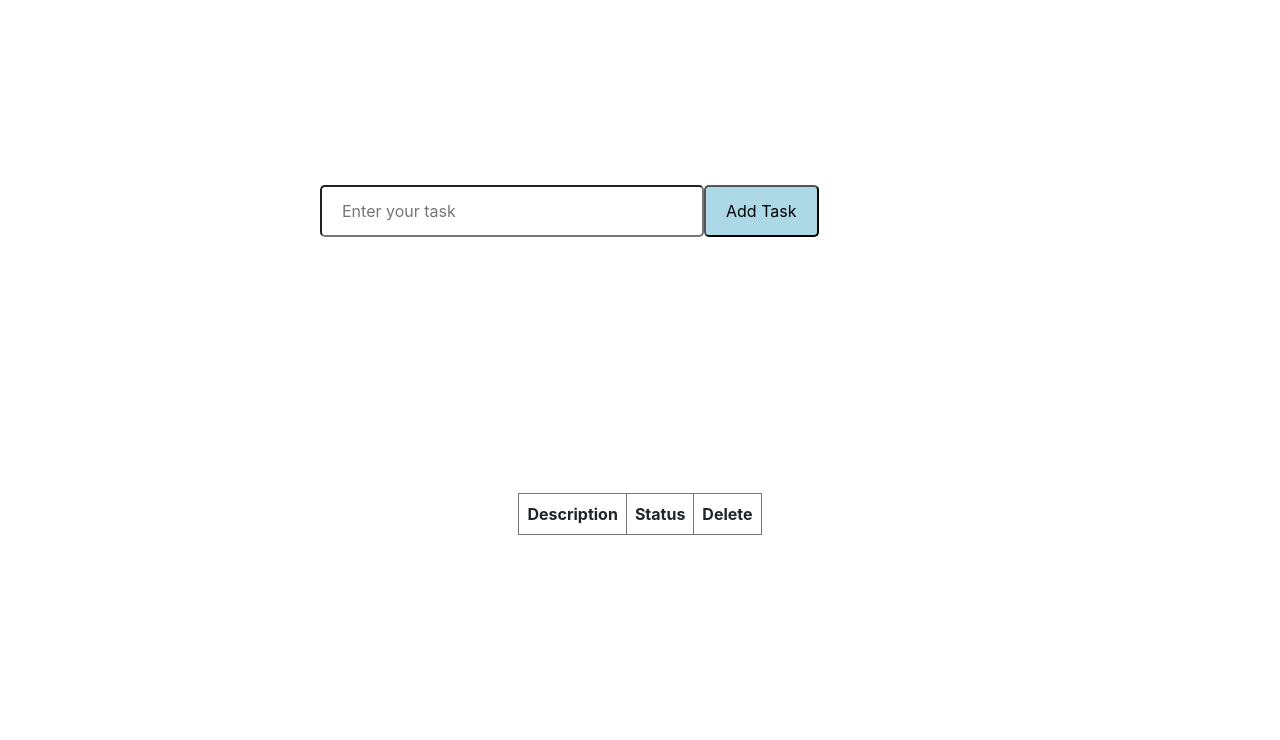
Repository: 12Arc/todoapp
Page: / (app in client/)
These files come from the project's save history. The page is drawn as it stood at one moment and after the next save; the edit follows.
The browser window is 1280 px wide. The pictures show the whole page.
The page's requests for data from a server got no answer. Some web libraries are served in a nearby version. The project was rebuilt for these pictures with package versions that can differ from the ones it lists, and the page was loaded fresh each time. No one was signed in, and anything a server would have sent is missing.

Above is the page before, as saved 2024-05-14 00:10:22.

After the next save:
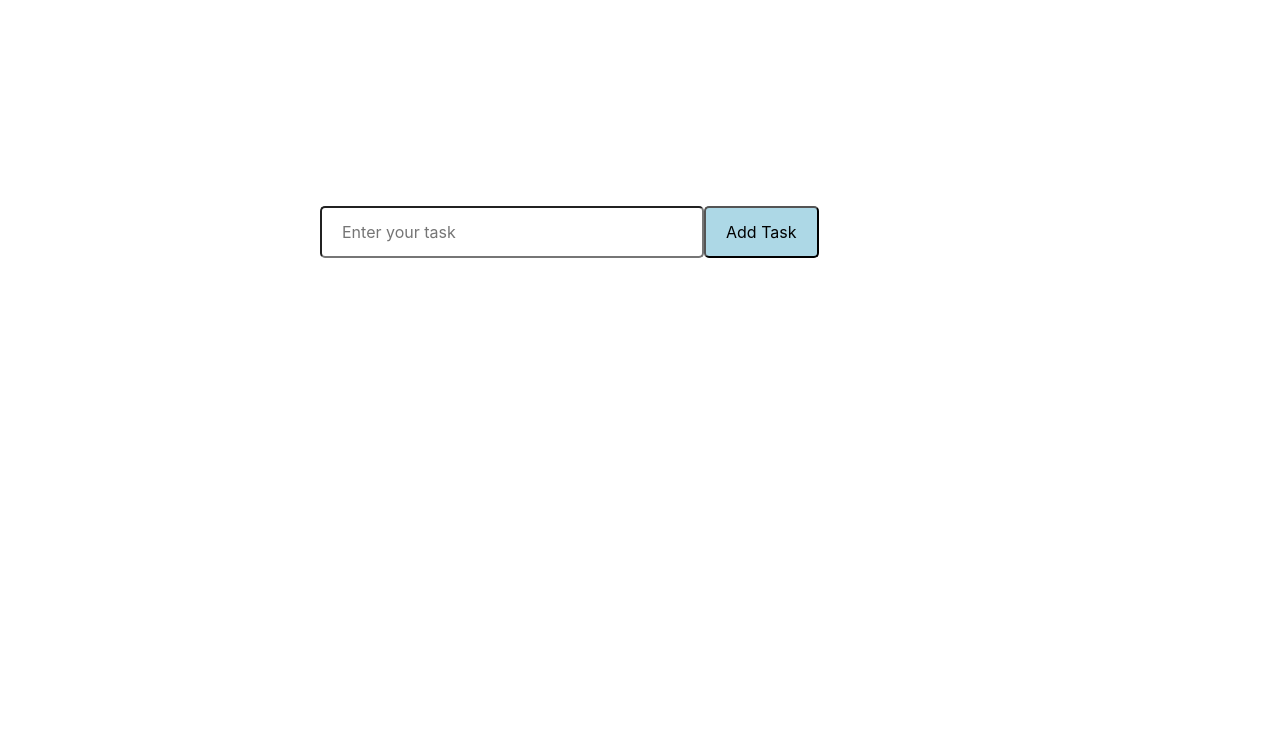
Saved 14 min 39 s later.
--- a/client/src/components/Input.js
+++ b/client/src/components/Input.js
@@ -37,7 +37,7 @@ const AddTask= ()=>{
                     onChange={handleChange}/>
                 <button className="button" type="submit" >Add Task</button>
             </form>
-            <ListTodo></ListTodo>
+
         </div>
     )
 }
